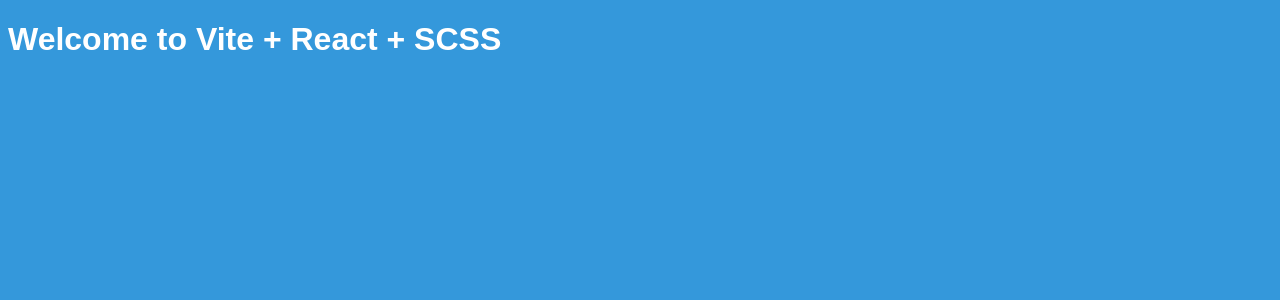
Repository: vaidehikheni/portfolio
Page: /
The author's editor kept a copy of each file at every save. The page is drawn from the files as they stood at one save, then again after a run of saves.
The browser window is 1280 px wide. The pictures show the whole page.
The project was rebuilt for these pictures with package versions that can differ from the ones it lists, and the page was loaded fresh each time. Also part of the build but not shown: vite.config.js.

Above is the page before, as saved 2024-12-29 14:12:21.

### index.html
<!DOCTYPE html>
<html lang="en">
  <head>
    <meta charset="UTF-8" />
    <link rel="icon" type="image/svg+xml" href="/vite.svg" />
    <meta name="viewport" content="width=device-width, initial-scale=1.0" />
    <link rel="stylesheet" href="https://cdnjs.cloudflare.com/ajax/libs/aos/2.3.4/aos.css" />
    <script src="https://cdnjs.cloudflare.com/ajax/libs/aos/2.3.4/aos.js"></script>
    <title>Vite + React</title>
  </head>
  <body>
    <div id="root"></div>
    <script type="module" src="/src/main.jsx"></script>
  </body>
</html>

### src/App.jsx
import { useEffect } from "react";
import "./main.scss";
import 'aos/dist/aos.css';
import AOS from 'aos';

function App() {
  useEffect(() => {
    AOS.init();
  }, []);

  return (
    <>
      <div>
        <h1>Welcome to Vite + React + SCSS</h1>
      </div>
    </>
  );
}

export default App;

### src/main.scss
// src/styles/main.scss
$primary-color: #3498db;

body {
  font-family: Arial, sans-serif;
  background-color: $primary-color;
  color: white;
}

Loaded but not shown: src/main.jsx (common file)

After the next 2 saves:
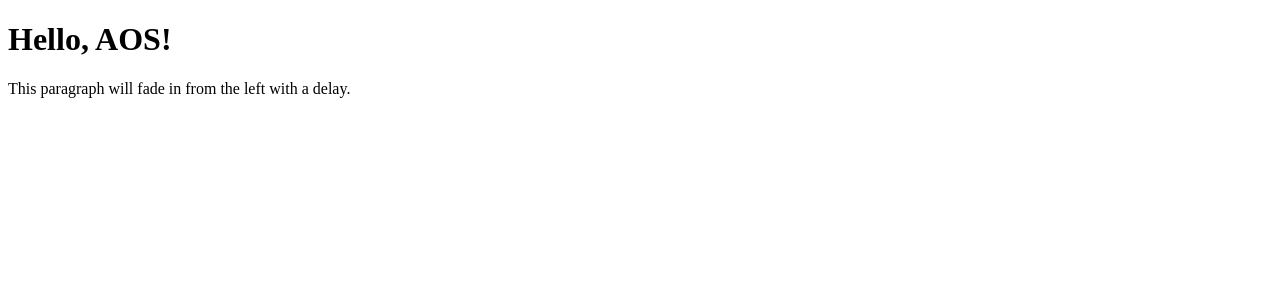
The 2 saves are shown as one change because they came seconds apart.
The last was saved 27 s later.
--- a/src/App.jsx
+++ b/src/App.jsx
@@ -1,7 +1,6 @@
-import { useEffect } from "react";
-import "./main.scss";
+import React, { useEffect } from 'react';
+import AOS from 'aos';
 import 'aos/dist/aos.css';
-import AOS from 'aos';
 
 function App() {
   useEffect(() => {
@@ -9,11 +8,12 @@
   }, []);
 
   return (
-    <>
-      <div>
-        <h1>Welcome to Vite + React + SCSS</h1>
-      </div>
-    </>
+    <div>
+      <h1 data-aos="fade-up">Hello, AOS!</h1>
+      <p data-aos="fade-left" data-aos-delay="200">
+        This paragraph will fade in from the left with a delay.
+      </p>
+    </div>
   );
 }
 

After the 5 saves that followed:
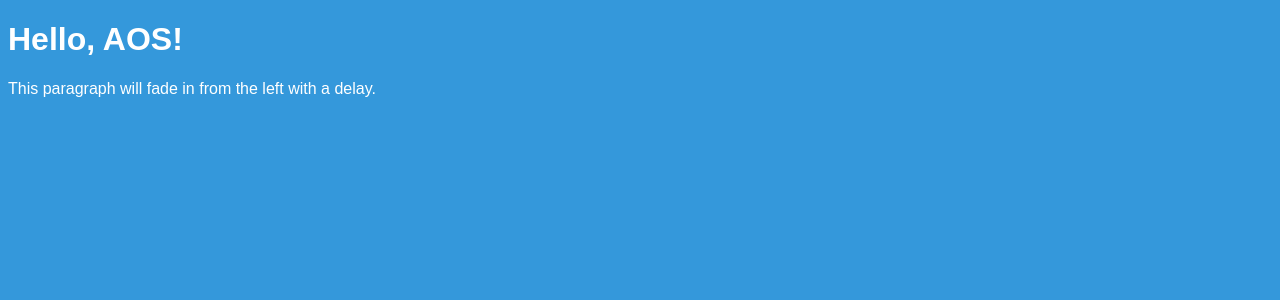
The 5 saves are shown as one change because 1 left the picture as it was and some came seconds apart.
The last was saved 69 s later.
--- a/src/App.jsx
+++ b/src/App.jsx
@@ -1,6 +1,7 @@
 import React, { useEffect } from 'react';
 import AOS from 'aos';
 import 'aos/dist/aos.css';
+import './main.scss';
 
 function App() {
   useEffect(() => {
